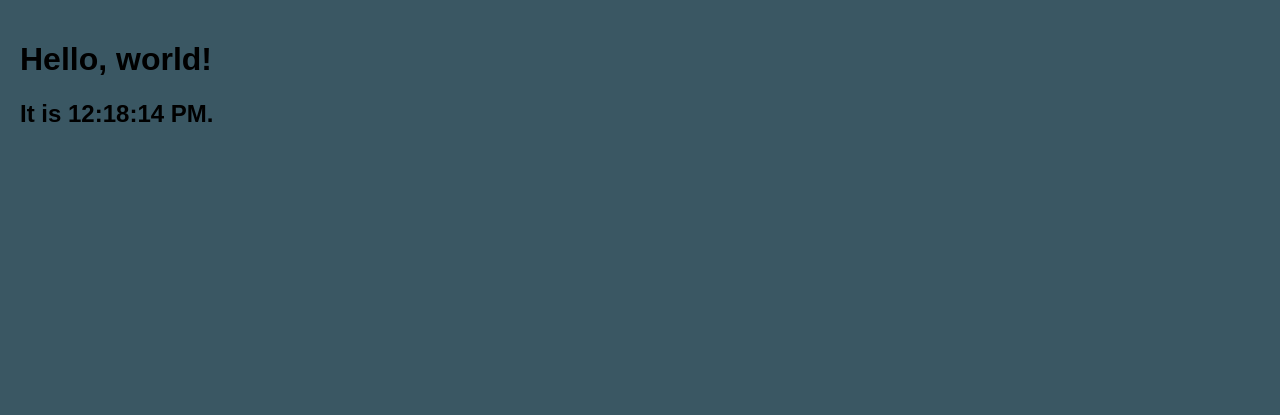
Repository: hardikaureate/React-Pages-Menu
Page: /
An editor plug-in stored every save of this project. The page is shown before and after a run of saves, followed by the edit.
The browser window is 1280 px wide. The pictures show the whole page.
The project was rebuilt for these pictures with package versions that can differ from the ones it lists, and the page was loaded fresh each time. Also part of the build but not shown: src/About.js, src/Contact.js.

Above is the page before, as saved 2020-10-09 14:53:59.

### src/index.js
import React from 'react';
import ReactDOM from 'react-dom';
import './index.css';
import Main from './Main';
import Clock from './Clock';

ReactDOM.render(<Clock />, document.getElementById('root'));

### src/index.css
body {
    background-color: #3a5763;
    padding: 20px;
    margin: 0;
}

h1,
h2,
p,
ul,
li {
    font-family: sans-serif;
}

ul.header li {
    display: inline;
    list-style-type: none;
    margin: 0;
}

ul.header {
    background-color: #4e4e21;
    padding: 0;
}

ul.header li a {
    color: #FFF;
    font-weight: bold;
    text-decoration: none;
    padding: 20px;
    display: inline-block;
}

.content {
    background-color: #FFF;
    padding: 20px;
}

.content h2 {
    padding: 0;
    margin: 0;
}

.content li {
    margin-bottom: 10px;
}

.active {
    background-color: #0099FF;
}

### src/Clock.js
import React, { Component } from 'react'

export default class Clock extends Component {
        constructor(props) {
                super(props);
                console.log('constructtt');
                this.state = {date: new Date()};
              }

              componentDidMount(){
                console.log('DidMount')
                      this.Tid = setInterval( () =>
                              this.tick(), 1000
                      );
              }

              componentWillUnmount() {
                      console.log('WillMount')
                      clearInterval(this.Tid)
              }

              tick(){
                //console.log('tick()method')
                      this.setState({
                              date : new Date()
                      })
              }

              render() {
                      console.log('Rendering')
                return (
                  <div>
                    <h1>Hello, world!</h1>
                    <h2>It is {this.state.date.toLocaleTimeString()}.</h2>
                  </div>
                );
              }
}

### src/Main.js
import React, { Component } from 'react'
import {Route, Link, HashRouter} from 'react-router-dom';
import Home from './Home';
import About from './About';
import Contact from './Contact';


class Main extends Component {
        render(){
                return(
                        <HashRouter>
                        <React.Fragment>
                                <ul className="header">
                                        <li><Link exact to="/">Home</Link></li>
                                        <li><Link to="/about">About</Link></li>
                                        <li><Link to="/contact">Contact</Link></li>
                                </ul>

                                <div className="content">
                                        <Route exact path="/" component={Home} />
                                        <Route path="/about" component={About} />
                                        <Route path="/contact" component={Contact} />
                                </div>
                        </React.Fragment>
                        </HashRouter>
                )
        }
}

export default Main;

### src/Home.js
import React, { Component } from 'react'

class Home extends Component {
        render() {
                return (
                        <div>
                        <h2>HELLO Home</h2>
                              <p>At Aureate, we understand the key to happiness for companies ranging from startup to enterprise in regards to web requirements. We treat every project with a new process like initial planning and exploring new discoveries as per the trend. Our working structure includes learning the business model and industry, including the new scopes for the development.</p>
                        </div>
                )
        }
}


export default Home;

Loaded but not shown: public/index.html (common file)

After the next 5 saves:
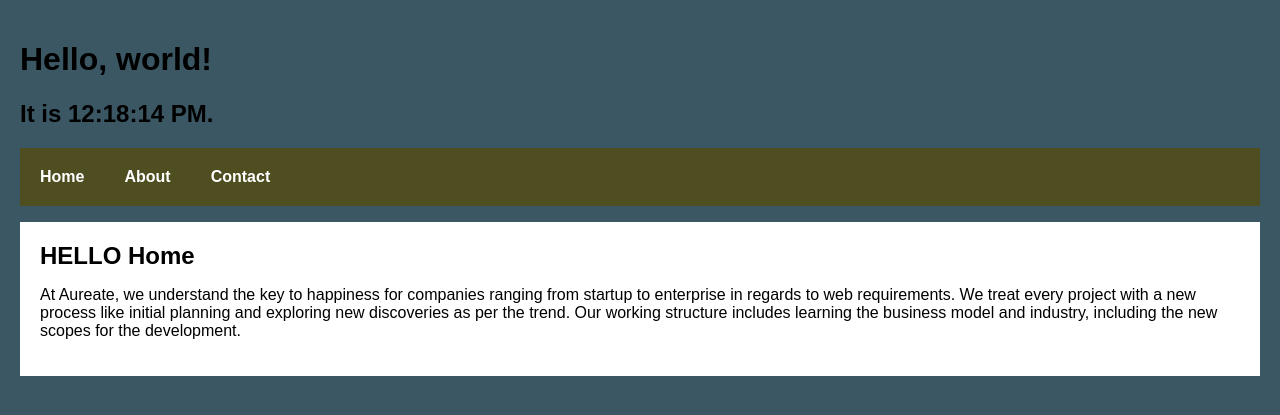
The 5 saves are shown as one change because 4 did not build or start.
The last was saved 71 s later.
--- a/src/index.js
+++ b/src/index.js
@@ -4,4 +4,9 @@
 import Main from './Main';
 import Clock from './Clock';
 
-ReactDOM.render(<Clock />, document.getElementById('root'));
+ReactDOM.render(
+<React.Fragment>
+<Clock />
+<Main/>
+</React.Fragment>
+, document.getElementById('root'));
